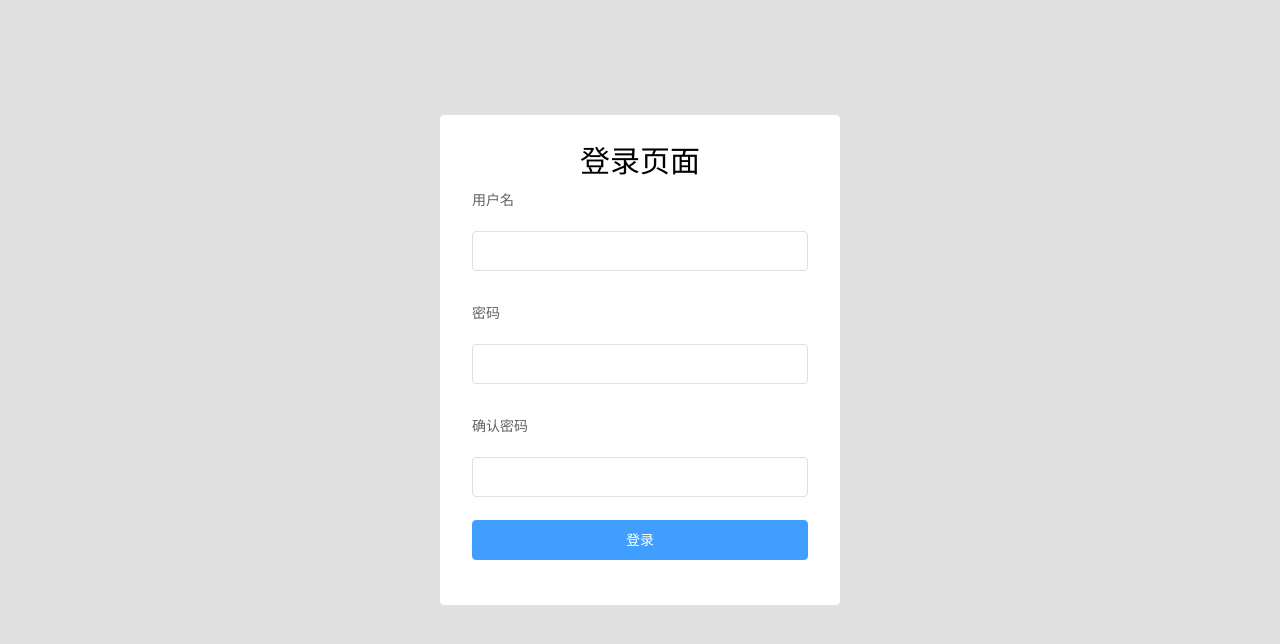
Repository: euphor1azzy/testlist
Page: /#/login (app in list/)
The author's editor kept a copy of each file at every save. The page is drawn from the files as they stood at one save, then again after the next save.
The browser window is 1280 px wide. The pictures show the whole page.
The project was rebuilt for these pictures with package versions that can differ from the ones it lists, and the page was loaded fresh each time. Also part of the build but not shown: list/src/components/common/appnav.vue, list/src/components/common/appslider.vue, list/src/views/home.vue, list/src/components/users/users.vue.

Above is the page before, as saved 2020-08-26 15:48:20.

After the next save:
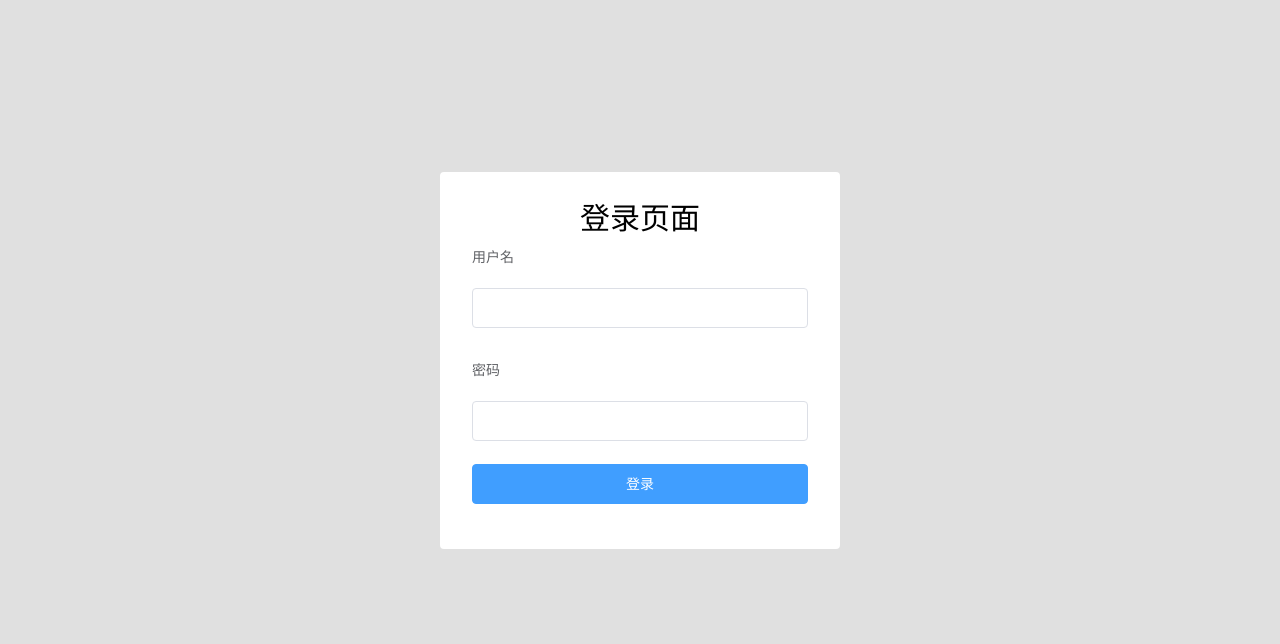
Saved 16 s later.
--- a/list/src/views/login/login.vue
+++ b/list/src/views/login/login.vue
@@ -29,7 +29,7 @@
         ></el-input>
       </el-form-item>
 
-      <el-form-item label="确认密码" prop="checkPassword" v-show="moduel === 'login'">
+      <el-form-item label="确认密码" prop="checkPassword" v-show="moduel === 'rigester'">
         <el-input
           type="password"
           v-model="ruleForm.checkPassword"
